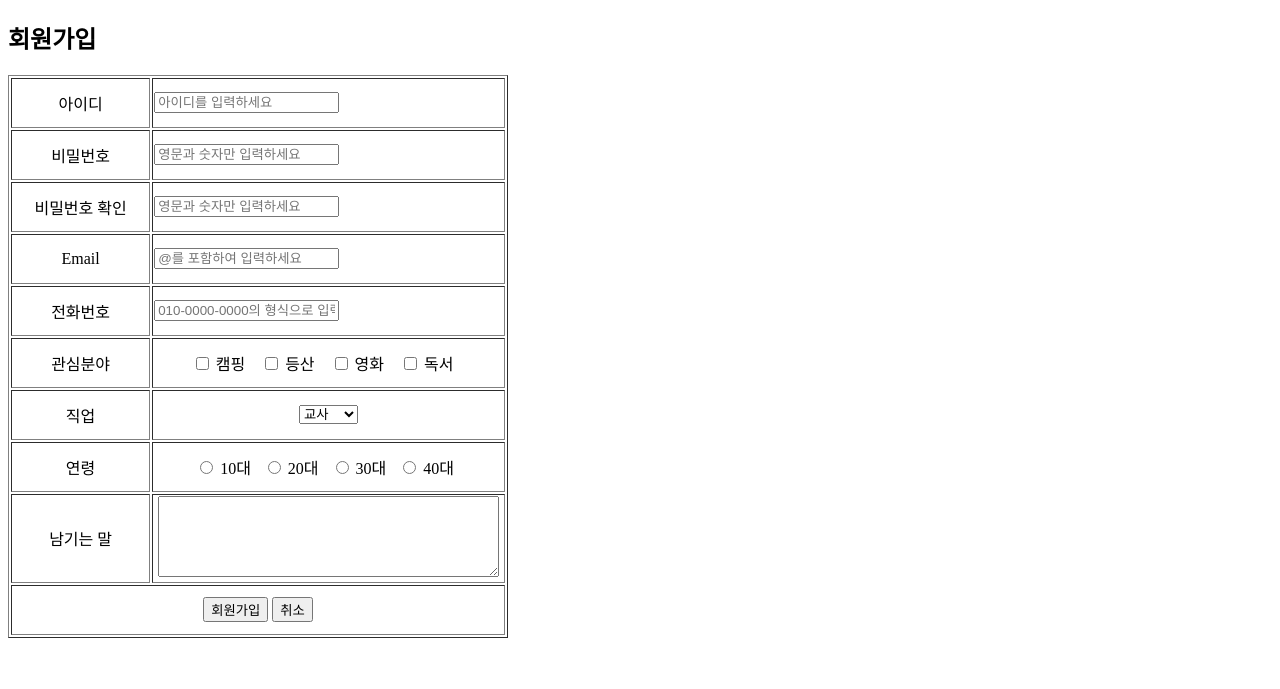
Repository: ohseung-web/OTjsp2026
Page: http://localhost/chapter/Request/RequestJoin.jsp
An editor plug-in stored every save of this project. The page is shown before and after the next save, followed by the edit.
The browser window is 1280 px wide. The pictures show the whole page.
The page is served by Tomcat 9.

Above is the page before, as saved 2026-10-18 02:40:27.

### chapter/src/main/webapp/Request/RequestJoin.jsp
<%@ page language="java" contentType="text/html; charset=UTF-8"
    pageEncoding="UTF-8"%>
<!DOCTYPE html>
<html>
<head>
<meta charset="UTF-8">
<title>Insert title here</title>
</head>
<body>
	<div class="container">
		<h2> 회원가입 </h2>
		<form action="RequestJoinProc.jsp" method="post">
			<table  width="500" border="1">
				<tr height="50">
					<td width="150" align="center">아이디</td>
					<td width="350">
						<input type="text" name="id" placeholder="아이디를 입력하세요">
					</td>
				</tr>
				<tr height="50">
					<td width="150" align="center">비밀번호</td>
					<td width="350">
						<input type="password" name="pass" placeholder="영문과 숫자만 입력하세요">
					</td>
				</tr>
				<tr height="50">
					<td width="150" align="center">비밀번호 확인</td>
					<td width="350">
						<input type="password" name="passchk" placeholder="영문과 숫자만 입력하세요">
					</td>
				</tr>
				<tr height="50">
					<td width="150" align="center">Email</td>
					<td width="350">
						<input type="email" name="email" placeholder="@를 포함하여 입력하세요">
					</td>
				</tr>
				<tr height="50">
					<td width="150" align="center">전화번호</td>
					<td width="350">
						<input type="tel" name="tel" placeholder="010-0000-0000의 형식으로 입력하세요">
					</td>
				</tr>
				<tr height="50">
					<td width="150" align="center">관심분야</td>
					<td width="350" align="center">
						<input type="checkbox" name="hobby" value="캠핑" id="camping">
						<label for="camping">캠핑</label> &nbsp;&nbsp;
						<input type="checkbox" name="hobby" value="등산" id="mount">
						<label for="mount">등산</label> &nbsp;&nbsp;
						<input type="checkbox" name="hobby" value="캠핑" id="movie">
						<label for="movie">영화</label> &nbsp;&nbsp;
						<input type="checkbox" name="hobby" value="캠핑" id="book">
						<label for="book">독서</label> &nbsp;&nbsp;
					</td>
				</tr>
				<tr height="50">
					<td width="150" align="center">직업</td>
					<td width="350" align="center">
						<select name="job">
							<option value="교사">교사
							<option value="변호사">변호사
							<option value="의사">의사
							<option value="기술사">기술사
						</select>
					</td>
				</tr>
				<tr height="50">
					<td width="150" align="center">연령</td>
					<td width="350" align="center">
						<input type="radio" name="age" value="10대" id="teenage">
						<label for="teenage">10대</label>&nbsp;&nbsp;
						<input type="radio" name="age" value="10대" id="twenty">
						<label for="twenty">20대</label>&nbsp;&nbsp;
						<input type="radio" name="age" value="10대" id="thirty">
						<label for="thirty">30대</label>&nbsp;&nbsp;
						<input type="radio" name="age" value="10대" id="forty">
						<label for="forty">40대</label>&nbsp;&nbsp;
					</td>
				</tr>
				<tr height="50">
					<td width="150" align="center">남기는 말</td>
					<td width="350" align="center">
						<textarea rows="5" cols="40" name="info"></textarea>
					</td>
				</tr>
				<tr height="50">
					<td colspan="2" align="center">
						<input type="submit" value="회원가입">
						<input type="reset" value="취소">
					</td>
				</tr>
			</table>
		</form>
	</div>
</body>
</html>

After the next save:
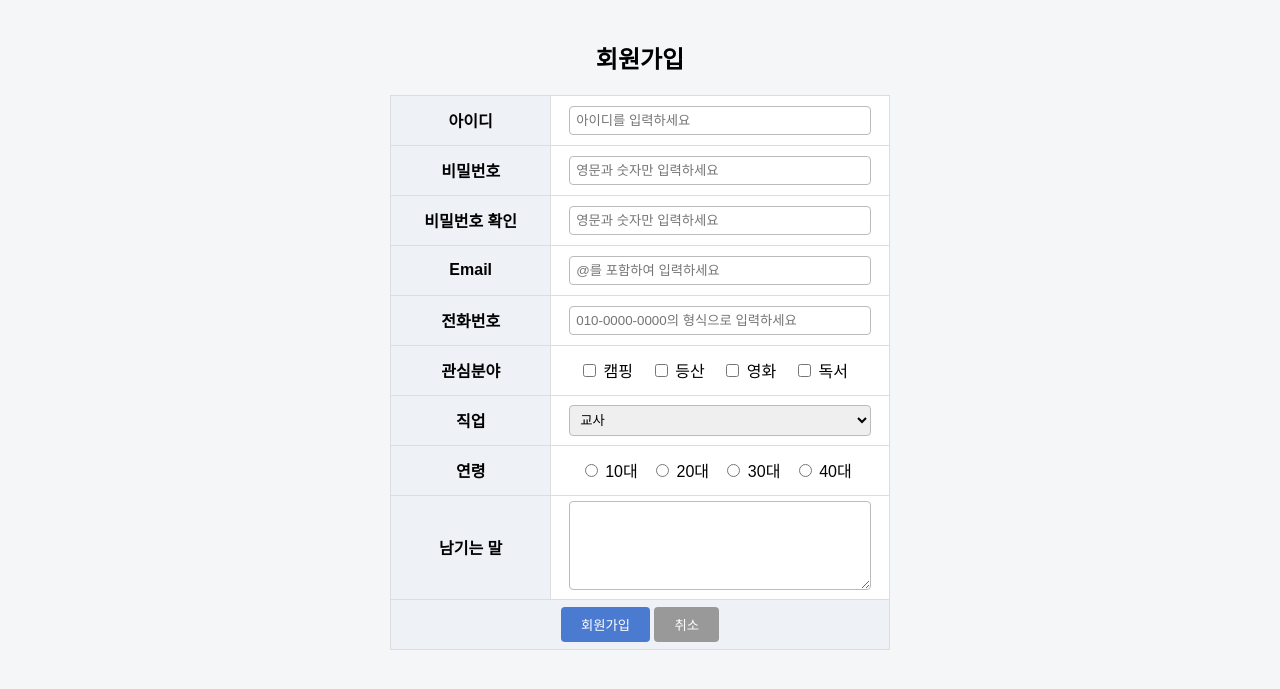
Saved 91 s later.
--- a/chapter/src/main/webapp/Request/RequestJoin.jsp
+++ b/chapter/src/main/webapp/Request/RequestJoin.jsp
@@ -5,6 +5,54 @@
 <head>
 <meta charset="UTF-8">
 <title>Insert title here</title>
+<style>
+	body {
+		font-family: 'Malgun Gothic', sans-serif;
+		background-color: #f4f6f8;
+	}
+	.container {
+		width: 500px;
+		margin: 40px auto;
+		text-align: center;
+	}
+	table {
+		border-collapse: collapse;
+		background-color: #fff;
+		border: 1px solid #ccc;
+	}
+	td {
+		border: 1px solid #ddd;
+		padding: 5px 10px;
+	}
+	td:first-child {
+		background-color: #eef2f7;
+		font-weight: bold;
+	}
+	input[type="text"],
+	input[type="password"],
+	input[type="email"],
+	input[type="tel"],
+	textarea,
+	select {
+		width: 95%;
+		padding: 6px;
+		border: 1px solid #bbb;
+		border-radius: 4px;
+		box-sizing: border-box;
+	}
+	input[type="submit"],
+	input[type="reset"] {
+		padding: 8px 20px;
+		border: none;
+		border-radius: 4px;
+		background-color: #4a7bd0;
+		color: #fff;
+		cursor: pointer;
+	}
+	input[type="reset"] {
+		background-color: #999;
+	}
+</style>
 </head>
 <body>
 	<div class="container">

After the save that followed:
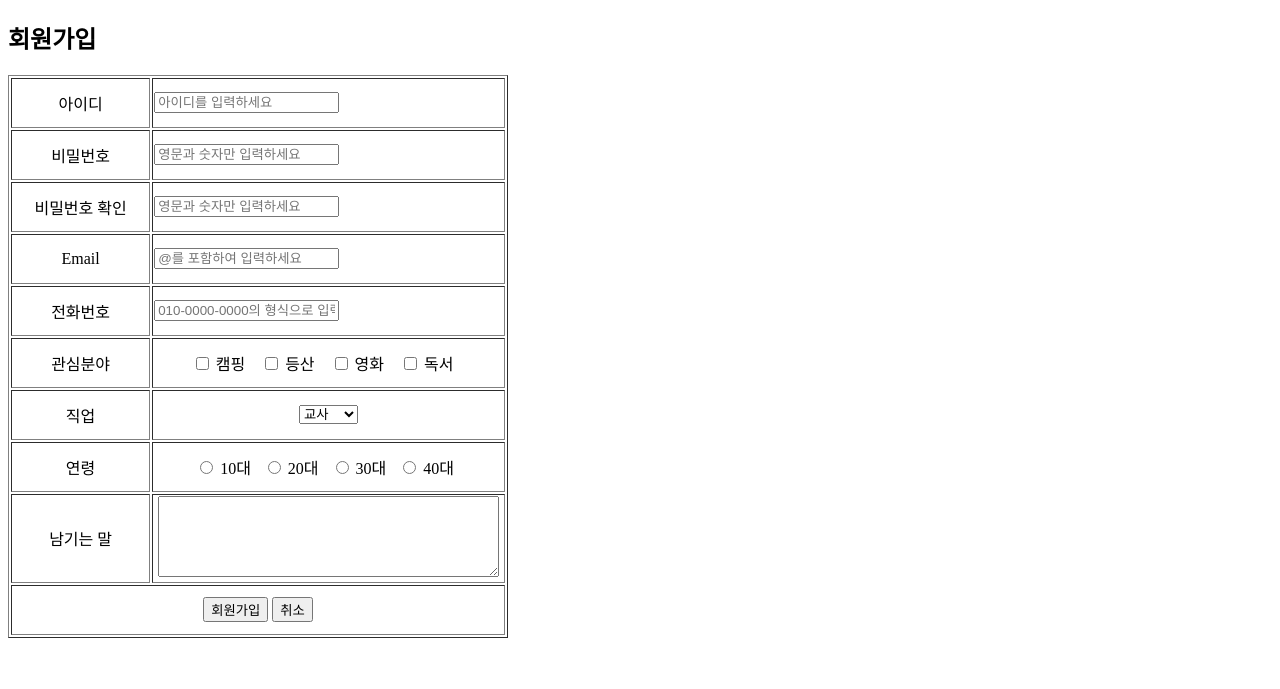
Saved 6 min 1 s later.
--- a/chapter/src/main/webapp/Request/RequestJoin.jsp
+++ b/chapter/src/main/webapp/Request/RequestJoin.jsp
@@ -6,7 +6,7 @@
 <meta charset="UTF-8">
 <title>Insert title here</title>
 <style>
-	body {
+	/* body {
 		font-family: 'Malgun Gothic', sans-serif;
 		background-color: #f4f6f8;
 	}
@@ -51,7 +51,7 @@
 	}
 	input[type="reset"] {
 		background-color: #999;
-	}
+	} */
 </style>
 </head>
 <body>
